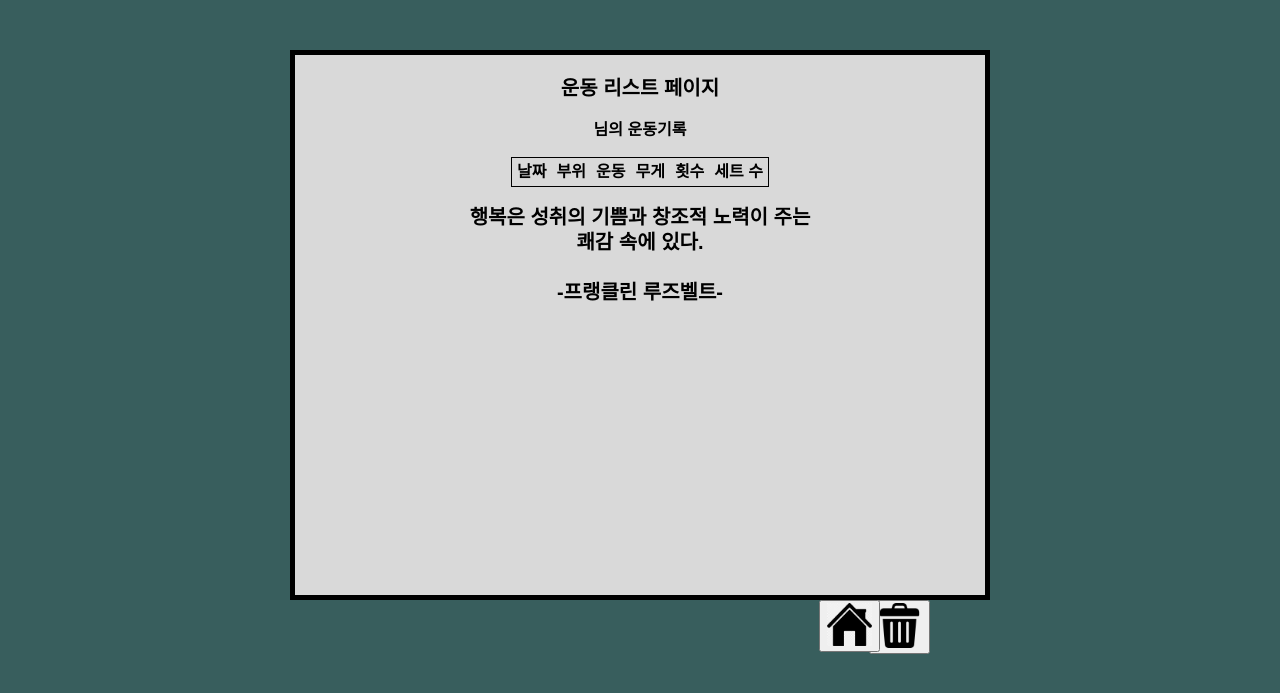
Repository: Up-Min/hrdkorea
Page: http://localhost/jsp_workout/wk_list.jsp
An editor plug-in stored every save of this project. The page is shown before and after the next save, followed by the edit.
The browser window is 1280 px wide. The pictures show the whole page.
The page is served by Tomcat 9. Other server files are loaded and not shown. The template is opened directly, without the code that normally fills it, so the values that code supplies are empty.

Above is the page before, as saved 2022-12-31 06:57:57.

### jsp_workout/src/main/webapp/wk_list.jsp
<%@ page language="java" contentType="text/html; charset=UTF-8"
	pageEncoding="UTF-8"%>
<%@ taglib prefix="c" uri="http://java.sun.com/jsp/jstl/core"%>
<%@ page import="java.util.*"%>
<%@ page import="DTO.*"%>


<!DOCTYPE html>
<html style = "background-color: #385E5D;">
<head>
<meta charset="UTF-8">
<title>Insert title here</title>
<link rel="stylesheet" href="./css/style.css" />
</head>
<style>
.body{
	width: 700px;
	height: 550px;
	margin: 0 auto;
	background-color: #D9D9D9;
	color: black;
	text-align: center;
	border : 5px solid black;
}

.name{
	font-size: 20px;
	line-height: 30px;
}

table {
	border: 1px solid black;
	text-align: center;
	margin: 0 auto;
	padding : 3px;
}
table th{
	padding : 5px;
}

table td{
	padding : 10px;
}

.change:hover{
	cursor: pointer;
}

.good{
	font-size: 20px;
	line-height: 25px;
}

.delete{
	position: absolute;
	right : 0;
	top: 550px;
	right : 350px;
}

.home{
	position: absolute;
	right : 0;
	top : 550px;
	right : 400px;
}

</style>


<body style = "background-color: #385E5D; margin-top : 50px; position: relative;" >
<div class="body">
	<form action="delete" method="post">
		<input type="hidden" name="work_num" value="${work_num}">
		<input type="hidden" name="user_id" value="${user_id}">
		<input type="hidden" name="user_pwd" value="${user_pwd}">
		<br>
		<p class = "name">운동 리스트 페이지</p>
		<br>
		<p>${user_id}님의 운동기록</p>
		<br>
		<table>
			<tr>
				<th>날짜</th>
				<th>부위</th>
				<th>운동</th>
				<th>무게</th>
				<th>횟수</th>
				<th>세트 수</th>
			</tr>
			<c:forEach items="${list}" var="w" varStatus="status">
				<!-- jstl쓰면 굳이 request쓸 필요 없다. (Board board : boardList) -->
				<tr>
					<td>${w.wk_date}</td>
					<td>${w.wk_part}</td>
					<td>${w.ex_name}</td>
					<td>${w.ex_weight}kg</td>
					<td>${w.ex_reps}회</td>
					<td>${w.ex_sets}세트</td>
					<td style="color : #385C92" class="change"
						onclick="location.href = 'edit?user_id=${user_id}&user_pwd=${user_pwd}&user_num=${user_num}&wk_no=${w.wk_number}&ex_num=${w.ex_number}'">
					운동수정</td>
				</tr>

			</c:forEach>
		</table>
		<br>

		<p class = "good">
			행복은 성취의 기쁨과 창조적 노력이 주는 <br> 쾌감 속에 있다. <br><br>
			<b> -프랭클린 루즈벨트- </b>
		</p>


		<button class = "delete" type="submit"> <img alt="삭제" src="./img/trash-can.png" width="45px"></button>
	</form>
		<button class = "home" onclick="location.href = 'signin?user_id=${user_id}&user_pwd=${user_pwd}'"> <img alt="home" src="./img/home.png" width="45px"> </button>
</div>

	<script type="text/javascript" src="./script.js"></script>
</body>


<%-- 	<table>
		<c:forEach items="${wklist0}" var="w" varStatus="status">
			<input type=hidden value="${w.wk_number}">
			<!-- jstl쓰면 굳이 request쓸 필요 없다. (Board board : boardList) -->
			<tr onclick = "location.href = 'wk_list.jsp?user_num=${num}&list_no=${w.wk_number}'">
				<td>${w.wk_date}</td>
				<td>${w.wk_number}</td>
				<td>${w.ex_number}</td>
				<td>${w.wk_part}</td>
				<td>${w.ex_name}</td>
				<td>${w.ex_weight}</td>
				<td>${w.ex_reps}</td>
				<td>${w.ex_sets}</td>
			</tr>
		</c:forEach>
	</table>

	<hr>
	<table>
		<c:forEach items="${wklist1}" var="w" varStatus="status">
			<input type=hidden value="${w.wk_number}">
			<!-- jstl쓰면 굳이 request쓸 필요 없다. (Board board : boardList) -->
			<tr>
				<td>${w.wk_date}</td>
				<td>${w.wk_number}</td>
				<td>${w.ex_number}</td>
				<td>${w.wk_part}</td>
				<td>${w.ex_name}</td>
				<td>${w.ex_weight}</td>
				<td>${w.ex_reps}</td>
				<td>${w.ex_sets}</td>
			</tr>
		</c:forEach>
	</table>
	<hr>
	<table>
		<c:forEach items="${wklist2}" var="w" varStatus="status">
			<input type=hidden value="${w.wk_number}">
			<!-- jstl쓰면 굳이 request쓸 필요 없다. (Board board : boardList) -->
			<tr>
				<td>${w.wk_date}</td>
				<td>${w.wk_number}</td>
				<td>${w.ex_number}</td>
				<td>${w.wk_part}</td>
				<td>${w.ex_name}</td>
				<td>${w.ex_weight}</td>
				<td>${w.ex_reps}</td>
				<td>${w.ex_sets}</td>
			</tr>
		</c:forEach>
	</table>
	<hr>
	<table>
		<c:forEach items="${wklist3}" var="w" varStatus="status">
			<input type=hidden value="${w.wk_number}">
			<!-- jstl쓰면 굳이 request쓸 필요 없다. (Board board : boardList) -->
			<tr>
				<td>${w.wk_date}</td>
				<td>${w.wk_number}</td>
				<td>${w.ex_number}</td>
				<td>${w.wk_part}</td>
				<td>${w.ex_name}</td>
				<td>${w.ex_weight}</td>
				<td>${w.ex_reps}</td>
				<td>${w.ex_sets}</td>
			</tr>
		</c:forEach>
	</table>
	<hr>
	<table>
		<c:forEach items="${wklist4}" var="w" varStatus="status">
			<input type=hidden value="${w.wk_number}">
			<!-- jstl쓰면 굳이 request쓸 필요 없다. (Board board : boardList) -->
			<tr>
				<td>${w.wk_date}</td>
				<td>${w.wk_number}</td>
				<td>${w.ex_number}</td>
				<td>${w.wk_part}</td>
				<td>${w.ex_name}</td>
				<td>${w.ex_weight}</td>
				<td>${w.ex_reps}</td>
				<td>${w.ex_sets}</td>
			</tr>
		</c:forEach>
	</table>
	<hr>
	<table>
		<c:forEach items="${wklist5}" var="w" varStatus="status">
			<input type=hidden value="${w.wk_number}">
			<!-- jstl쓰면 굳이 request쓸 필요 없다. (Board board : boardList) -->
			<tr>
				<td>${w.wk_date}</td>
				<td>${w.wk_number}</td>
				<td>${w.ex_number}</td>
				<td>${w.wk_part}</td>
				<td>${w.ex_name}</td>
				<td>${w.ex_weight}</td>
				<td>${w.ex_reps}</td>
				<td>${w.ex_sets}</td>
			</tr>
		</c:forEach>
	</table> --%>

</html>

### jsp_workout/src/main/webapp/css/style.css
@charset "UTF-8";
@import url('./reset.css');

* { box-sizing: border-box; }
.video-background {
  background: #000;
  position: fixed;
  top: 0; right: 0; bottom: 0; left: 0;
  z-index: -99;
}
.video-foreground,
.video-background iframe {
  position: absolute;
  top: 0;
  left: 0;
  width: 100%;
  height: 100%;
  pointer-events: none;
}
#vidtop-content {
    top: 0;
    color: #fff;
}
.vid-info { position: absolute; top: 0; right: 0; width: 33%; background: rgba(0,0,0,0.3); color: #fff; padding: 1rem; font-family: Avenir, Helvetica, sans-serif; }
.vid-info h1 { font-size: 2rem; font-weight: 700; margin-top: 0; line-height: 1.2; }
.vid-info a { display: block; color: #fff; text-decoration: none; background: rgba(0,0,0,0.5); transition: .6s background; border-bottom: none; margin: 1rem auto; text-align: center; }
@media all and (max-width: 600px) {
.vid-info { width: 50%; padding: .5rem; }
.vid-info h1 { margin-bottom: .2rem; }
}
@media all and (max-width: 500px) {
.vid-info .acronym { display: none; }
}

*,:after,:before{box-sizing:border-box}
.clearfix:after,.clearfix:before{content:'';display:table}
.clearfix:after{clear:both;display:block}
a{color:inherit;text-decoration:none}

.tab:hover{
	cursor: pointer;
}

.login-wrap{
  width:100%;
  margin:auto;
  max-width:525px;
  min-height:950px;
  position:relative;
  box-shadow:0 12px 15px 0 rgba(0,0,0,.24),0 17px 50px 0 rgba(0,0,0,.19);
}
.login-html{
  width:100%;
  height:100%;
  position:absolute;
  padding:90px 70px 50px 70px;
  background:rgba(40,57,101,.9);
}
.login-html .sign-in-htm,
.login-html .sign-up-htm{
  top:0;
  left:0;
  right:0;
  bottom:0;
  position:absolute;
  transform:rotateY(180deg);
  backface-visibility:hidden;
  transition:all .4s linear;
}
.login-html .sign-in,
.login-html .sign-up,
.login-form .group .check{
  display:none;
}
.login-html .tab,
.login-form .group .label,
.login-form .group .button{
  text-transform:uppercase;
}
.login-html .tab{
  font-size:22px;
  margin-right:15px;
  padding-bottom:5px;
  margin:0 15px 10px 0;
  display:inline-block;
  border-bottom:2px solid transparent;
}
.login-html .sign-in:checked + .tab,
.login-html .sign-up:checked + .tab{
  color:#fff;
  border-color:#1161ee;
}
.login-form{
  min-height:345px;
  position:relative;
  perspective:1000px;
  transform-style:preserve-3d;
}
.login-form .group{
  margin-bottom:15px;
}
.login-form .group .label,
.login-form .group .input,
.login-form .group .button{
  width:100%;
  color:#fff;
  display:block;
}
.login-form .group .input,
.login-form .group .button{
  border:none;
  padding:15px 20px;
  border-radius:25px;
  background:rgba(255,255,255,.1);
}
.login-form .group .button:hover{
	cursor: pointer;
}

.login-form .group input[data-type="password"]{
  text-security:circle;
  -webkit-text-security:circle;
}
.login-form .group .label{
  color:#aaa;
  font-size:12px;
}
.login-form .group .button{
  background:#1161ee;
}
.login-form .group label .icon{
  width:15px;
  height:15px;
  border-radius:2px;
  position:relative;
  display:inline-block;
  background:rgba(255,255,255,.1);
}
.login-form .group label .icon:before,
.login-form .group label .icon:after{
  content:'';
  width:10px;
  height:2px;
  background:#fff;
  position:absolute;
  transition:all .2s ease-in-out 0s;
}
.login-form .group label .icon:before{
  left:3px;
  width:5px;
  bottom:6px;
  transform:scale(0) rotate(0);
}
.login-form .group label .icon:after{
  top:6px;
  right:0;
  transform:scale(0) rotate(0);
}
.login-form .group .check:checked + label{
  color:#fff;
}
.login-form .group .check:checked + label .icon{
  background:#1161ee;
}
.login-form .group .check:checked + label .icon:before{
  transform:scale(1) rotate(45deg);
}
.login-form .group .check:checked + label .icon:after{
  transform:scale(1) rotate(-45deg);
}
.login-html .sign-in:checked + .tab + .sign-up + .tab + .login-form .sign-in-htm{
  transform:rotate(0);
}
.login-html .sign-up:checked + .tab + .login-form .sign-up-htm{
  transform:rotate(0);
}

body{
  margin:0;
  color:#6a6f8c;
  background:#c8c8c8;
  font:600 16px/18px 'Open Sans',sans-serif;
}

.all{
	top : 100px;
	width: 800px;

}

ul{
	list-style: none;
}

tr:hover{
	cursor: pointer;
}

.hr{
  height:2px;
  margin:60px 0 50px 0;
  background:rgba(255,255,255,.2);
}
.foot-lnk{
  text-align:center;
}

### jsp_workout/src/main/webapp/script.js

function signup() {
	let regex = new RegExp('[a-z0-9]+@[a-z]+\.[a-z]{2,3}');
	var f = document.signup_form;
	var p = f.user_pwd.value;
	var p1 = f.user_pwd1.value;
	var i = f.user_id.value;
	var e = f.user_email.value;

	if (i == '') {
		alert("아이디를 입력해 주십시오.");
		i.focus();
		return false;
	}
	if (p == '') {
		alert("비밀번호를 입력해 주십시오.");
		p.focus();
		return false;
	}
	if (p1 == '') {
		alert("비밀번호 확인을 입력해 주십시오.");
		p1.focus();
		return false;
	}
	if (e == '') {
		alert("이메일 주소를 입력해 주십시오.");
		e.focus();
		return false;
	}

	if (p != p1) {
		alert("비밀번호가 일치하지 않습니다. 다시 확인해주세요.");
		p.focus();
		return false;
	} else if (regex.test(e) == false) {
		alert("올바른 이메일 형식이 아닙니다. 다시 확인해주세요.");
		e.focus();
		return false;
	} else {
		alert("회원가입이 완료 되었습니다.");
		f.submit();
	}
}

/*function pwdchk(){
	var f = document.signup_form;
	var p = f.user_pwd.value;
	var p1 = f.user_pwd1.value;



	if(p != p1){
		alert("비밀번호가 일치하지 않습니다. 다시 확인해주세요.")
	}else if(p = p1){
		alert("비밀번호가 일치합니다!")
	}
}*/

function chkpwd2() {
	var f = document.signup_form;
	var p = f.user_pwd.value;
	var p1 = f.user_pwd1.value;
	var r1 = document.getElementById("label_pwd1");
	var r2 = document.getElementById("label_pwd2");

	r1.style.display = 'none';
	r2.style.display = 'none';

	if (p != p1) {
		r1.style.display = 'none';
		r2.style.display = 'block';
	} else if (p == p1) {
		r1.style.display = 'block';
		r2.style.display = 'none';
	}
}

function chkEmail() {
	let regex = new RegExp('[a-z0-9]+@[a-z]+\.[a-z]{2,3}');
	var f = document.signup_form;
	var e = f.user_email.value;
	var e2 = document.getElementById("label_email");
	var e3 = document.getElementById("label_email1");

	e2.style.display = 'none';
	e3.style.display = 'none';

	if (regex.test(e) == false) {
		e2.style.display = 'block';
	}else if (regex.test(e) == true){
		e2.style.display = 'none';
		e3.style.display = 'block';
	}
}


function insert() {
	alert("운동 기록이 완료 되었습니다.");
	submit();
}

function chk_delete() {
	const result = confirm("정말 삭제하시겠습니까?");
	if (result) {
		alert("삭제가 완료 되었습니다.");
		submit();
	}
	return false;
}

function chk_cancel(user_id, user_pwd) {
	var result = confirm("하시던 운동을 취소하시겠습니까?");
	if (result) {
		alert("초기 화면으로 돌아갑니다.");
		location.href = "/jsp_workout/signin?user_id=" + user_id + "&user_pwd=" + user_pwd;
	} else {
		return false;
	}
}

function update() {
	var f = document.editForm;
	var n = f.ex_name.value;
	var w = f.ex_weight.value;
	var r = f.ex_reps.value;
	var s = f.ex_sets.value;

	if (n == '') {
		alert("수정할 운동 이름을 입력해 주십시오.");
		n.focus();
		return false;
	}
	if (w == '') {
		alert("수정할 운동 무게를 입력해 주십시오.");
		w.focus();
		return false;
	}
	if (r == '') {
		alert("수정할 운동 횟수를 입력해 주십시오.");
		r.focus();
		return false;
	}
	if (s == '') {
		alert("수정할 운동 세트를 입력해 주십시오.");
		s.focus();
		return false;
	}

	alert("수정이 완료 되었습니다.");
	submit();
}


function logout() {
	alert("로그아웃이 완료 되었습니다!");
	location.href = "/jsp_workout/";
}

### jsp_workout/src/main/webapp/css/reset.css
/* 홈페이지 초기화 reset.css */

/* http://meyerweb.com/eric/tools/css/reset/
   v2.0 | 20110126
   License: none (public domain)
*/

html, body, div, span, applet, object, iframe,
h1, h2, h3, h4, h5, h6, p, blockquote, pre,
a, abbr, acronym, address, big, cite, code,
del, dfn, em, img, ins, kbd, q, s, samp,
small, strike, strong, sub, sup, tt, var,
b, u, i, center,
dl, dt, dd, ol, ul, li,
fieldset, form, label, legend,
table, caption, tbody, tfoot, thead, tr, th, td,
article, aside, canvas, details, embed,
figure, figcaption, footer, header, hgroup,
menu, nav, output, ruby, section, summary,
time, mark, audio, video {
	margin: 0;
	padding: 0;
	border: 0;
	font-size: 100%;
	font: inherit;
	vertical-align: baseline;
	font-family: 'Jua', sans-serif;
}
/* HTML5 display-role reset for older browsers */
article, aside, details, figcaption, figure,
footer, header, hgroup, menu, nav, section {
	display: block;
}
body {
	line-height: 1;
}
ol, ul {
	list-style: none;
}
blockquote, q {
	quotes: none;
}
blockquote:before, blockquote:after,
q:before, q:after {
	content: '';
	content: none;
}
table {
	border-collapse: collapse;
	border-spacing: 0;
}

/* 추가 */

a { text-decoration: none !important;
	color: black;
}

header, footer, section {
	box-sizing:border-box;
}

iframe { /* 영상때문에 쓰임. 영상 크기 맞춰둠. */
	width: 100%;
}

After the next save:
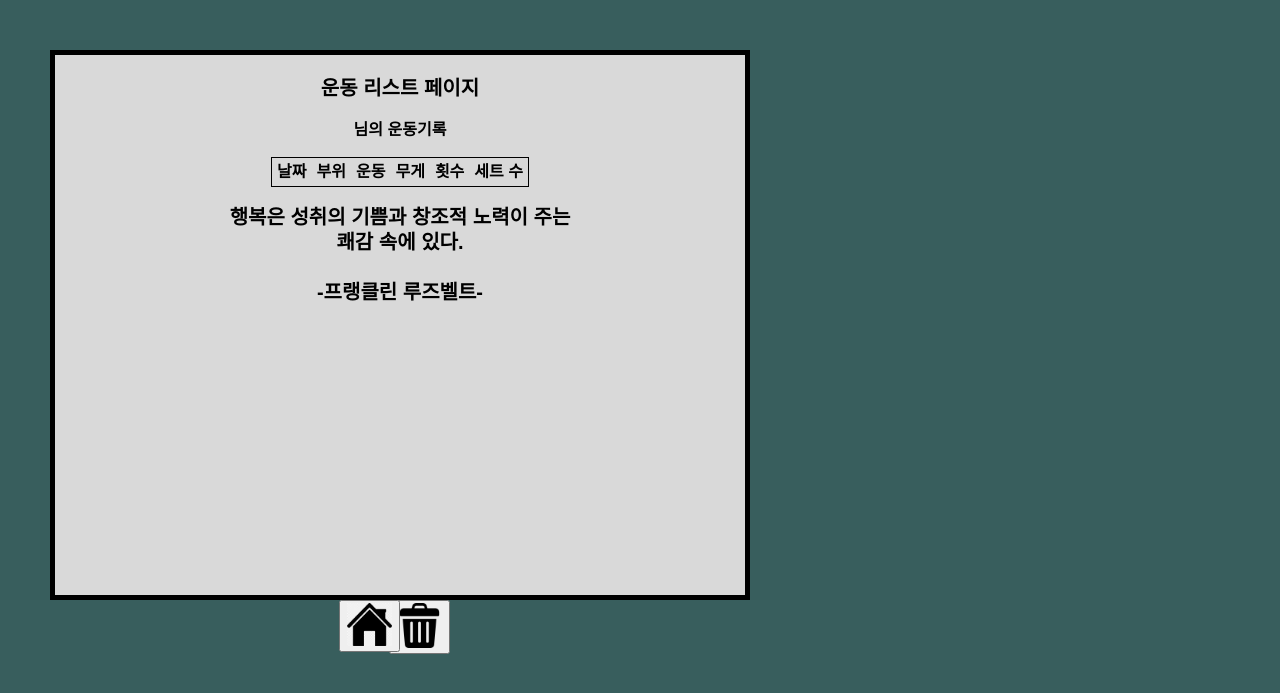
Saved 38 s later.
--- a/jsp_workout/src/main/webapp/wk_list.jsp
+++ b/jsp_workout/src/main/webapp/wk_list.jsp
@@ -68,7 +68,7 @@
 </style>
 
 
-<body style = "background-color: #385E5D; margin-top : 50px; position: relative;" >
+<body style = "background-color: #385E5D; width : 800px; margin-top : 50px; position: relative;" >
 <div class="body">
 	<form action="delete" method="post">
 		<input type="hidden" name="work_num" value="${work_num}">

After the save that followed:
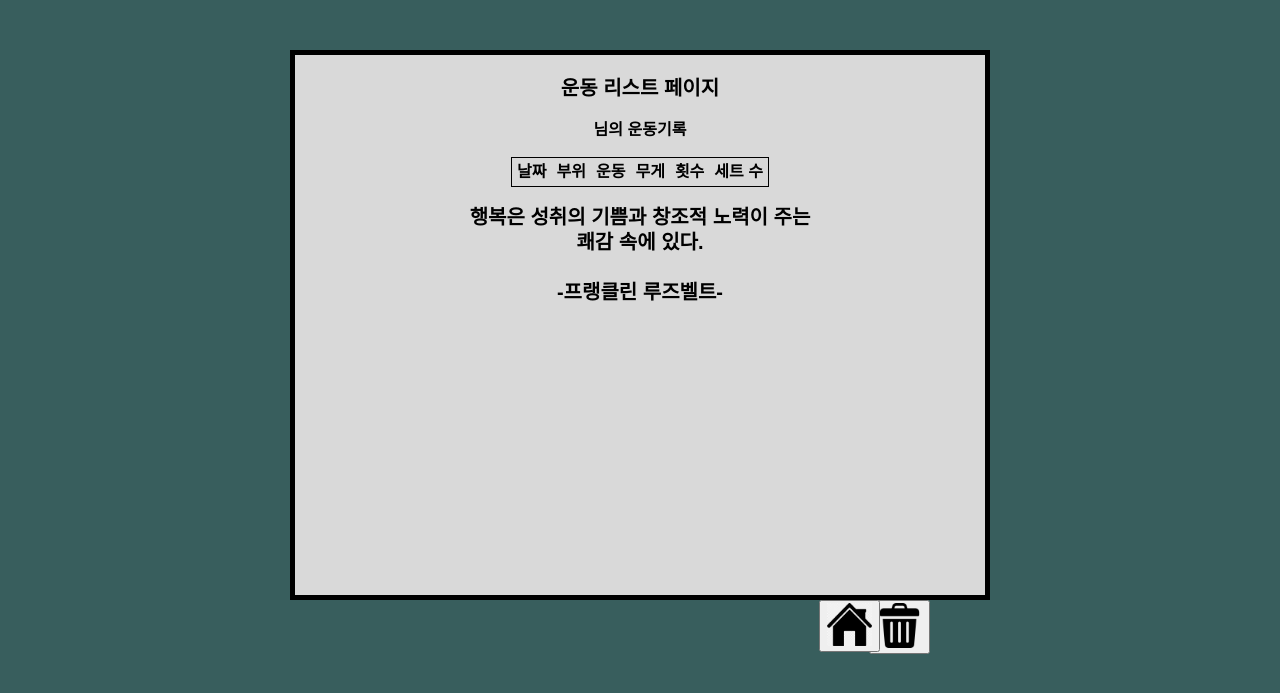
Saved 10 s later.
--- a/jsp_workout/src/main/webapp/wk_list.jsp
+++ b/jsp_workout/src/main/webapp/wk_list.jsp
@@ -68,7 +68,7 @@
 </style>
 
 
-<body style = "background-color: #385E5D; width : 800px; margin-top : 50px; position: relative;" >
+<body style = "background-color: #385E5D; margin-top : 50px; position: relative;" >
 <div class="body">
 	<form action="delete" method="post">
 		<input type="hidden" name="work_num" value="${work_num}">
